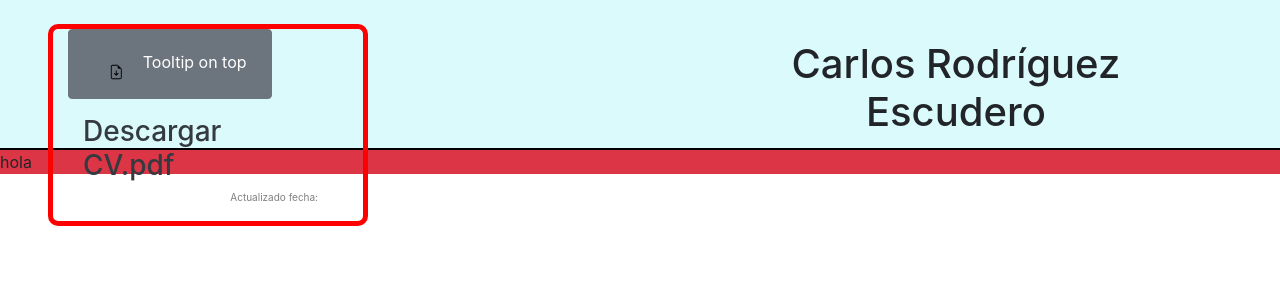
Repository: CarlosRoEs/CarlosWebCV
Page: index.html
The author's editor kept a copy of each file at every save. The page is drawn from the files as they stood at one save, then again after a run of saves.
The browser window is 1280 px wide. The pictures show the whole page.
The style sheet was rebuilt from its Sass, Less or Tailwind sources for each picture, by a compiler version that may differ from the author's.

Above is the page before, as saved 2020-09-15 15:53:53.

After the next 2 saves:
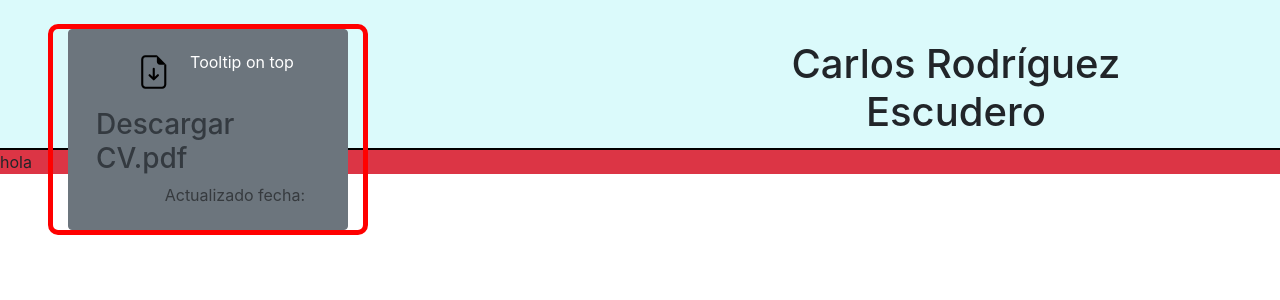
The 2 saves are shown as one change because they came seconds apart.
The last was saved 20 s later.
--- a/index.html
+++ b/index.html
@@ -23,12 +23,13 @@
                                         <path d="M9.5 3V0L14 4.5h-3A1.5 1.5 0 0 1 9.5 3z" />
                                         <path fill-rule="evenodd" d="M8 6a.5.5 0 0 1 .5.5v3.793l1.146-1.147a.5.5 0 0 1 .708.708l-2 2a.5.5 0 0 1-.708 0l-2-2a.5.5 0 1 1 .708-.708L7.5 10.293V6.5A.5.5 0 0 1 8 6z" />
                                     </svg> Tooltip on top
-                                  </button>
-
-                                <h3 id="h3-header" class="col-9 mt-3 text-left text-dark">Descargar CV.pdf</h3>
+                                    <h3 id="h3-header" class="col-9 mt-3 text-left text-dark">Descargar CV.pdf</h3>
                                 <div class="row w-100">
                                     <p class="col-12 text-right text-black-50">Actualizado fecha:</p>
                                 </div>
+                                  </button>
+
+
                             </a>
                     <div class="col-8 d-flex justify-content-center mt-4">
                         <h1 class="mt-3 mr-5 align-items-center">Carlos Rodríguez Escudero</h1>
